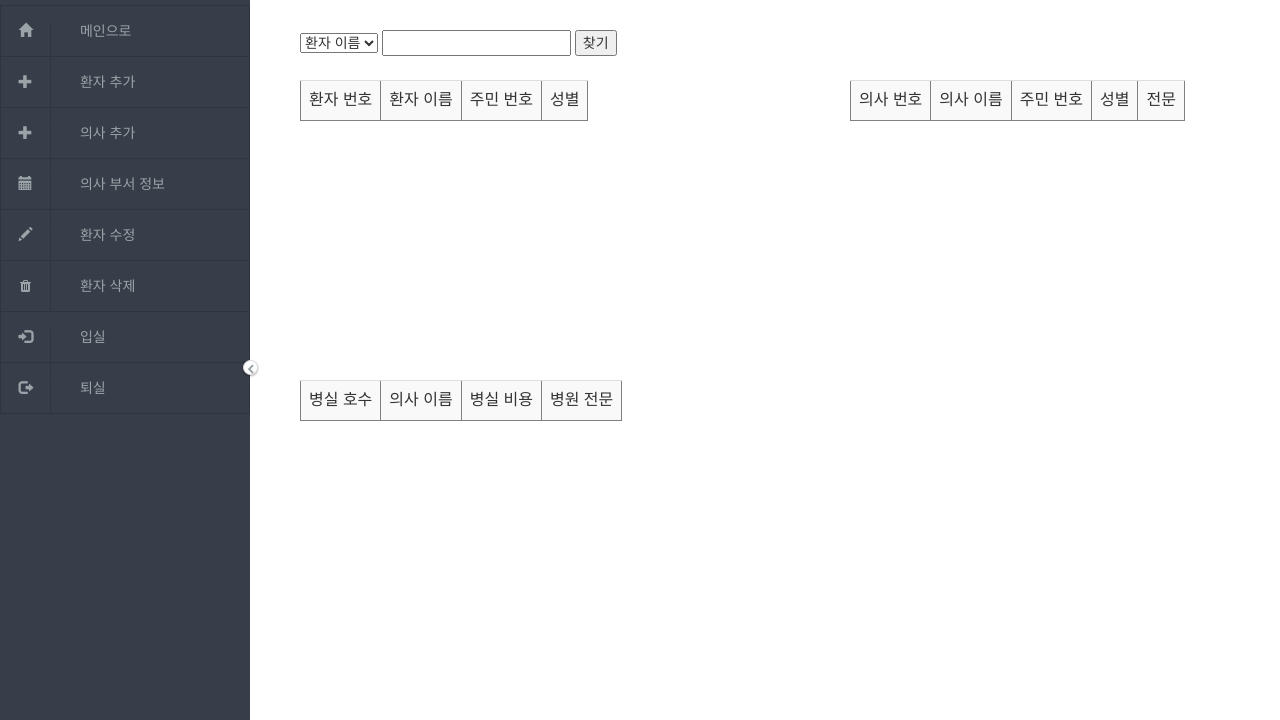
Repository: qaws1134/Hospital_manager
Page: http://localhost/project/main.jsp
The author's editor kept a copy of each file at every save. The page is drawn from the files as they stood at one save, then again after the next save.
The browser window is 1280 px wide. The pictures show the whole page.
Some web libraries are served in a nearby version. The page is served by Tomcat 9. The template is opened directly, without the code that normally fills it, so the values that code supplies are empty.

Above is the page before, as saved 2017-12-09 16:30:30.
Console error (its wording comes from the project's code and is left out).

After the next save:
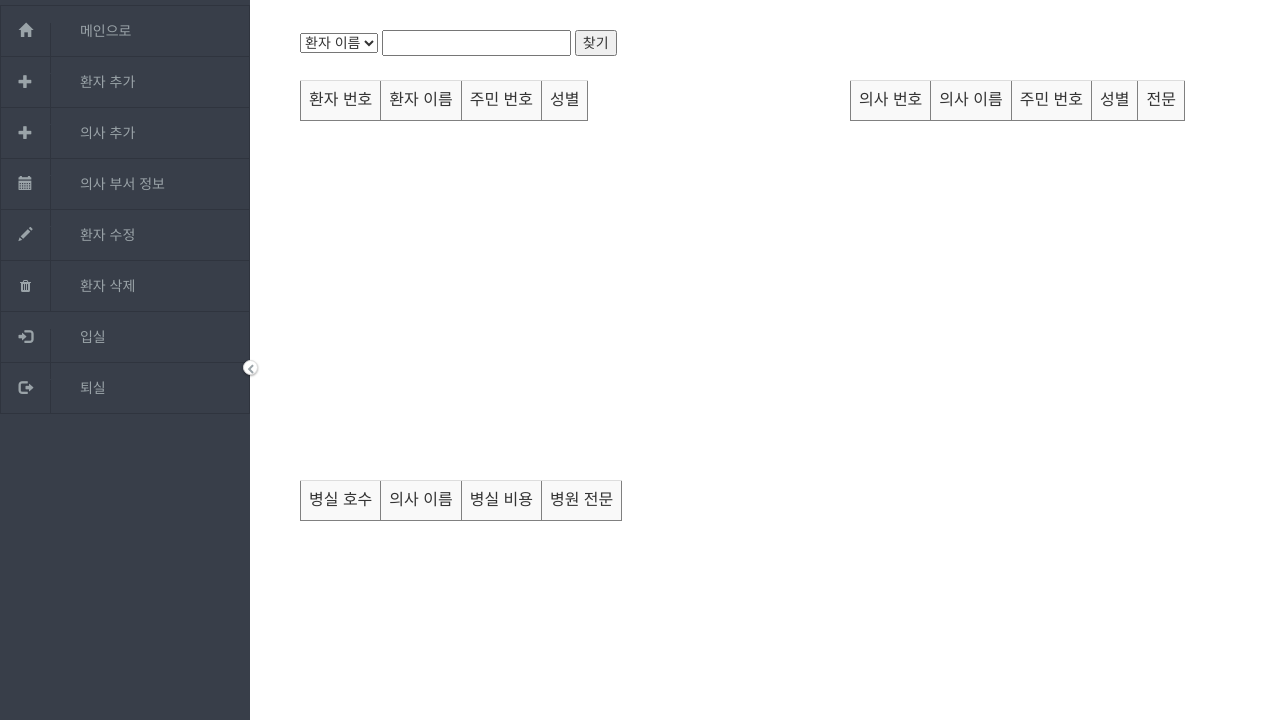
Saved 10 s later.
--- a/project/WebContent/main.jsp
+++ b/project/WebContent/main.jsp
@@ -263,7 +263,7 @@
 </section>
 
 <!-- 병실 정보 -->
-<section style="position:absolute; top:380px;left:300px">
+<section style="position:absolute; top:480px;left:300px">
       <table border="1" class="table table-striped">
       	<tr>
       		<td>병실 호수</td>

After the save that followed:
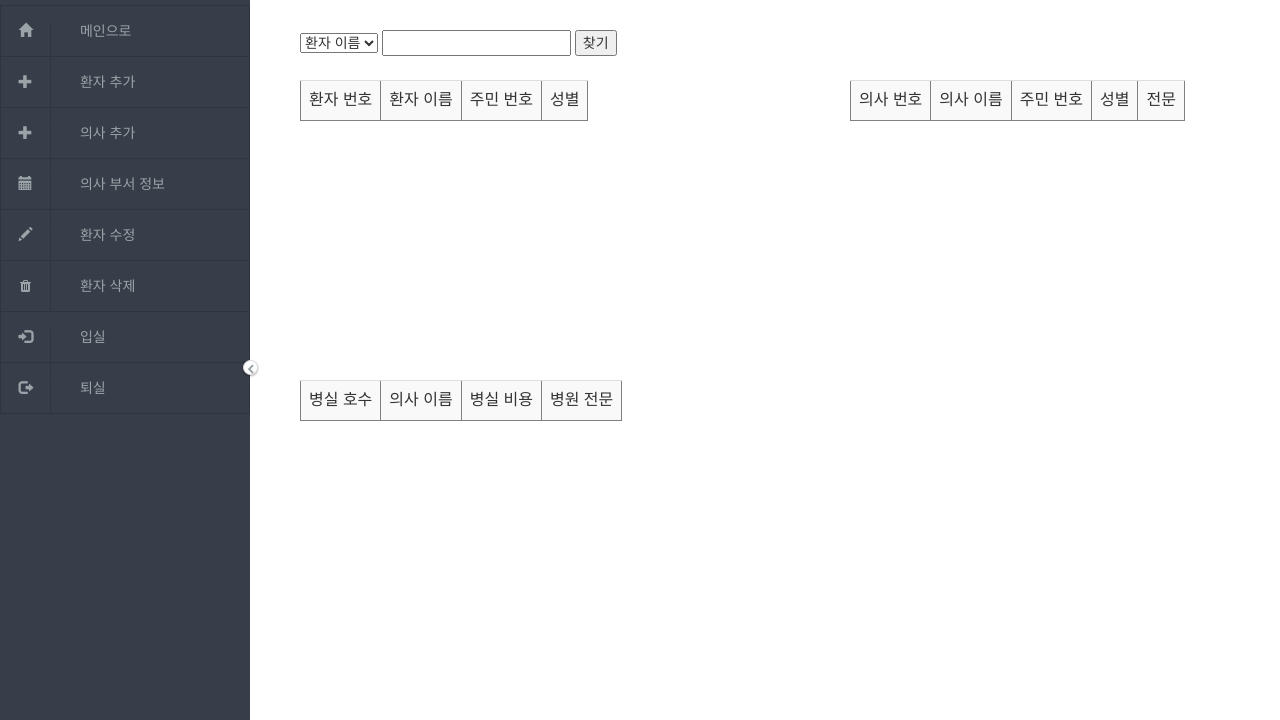
Saved 14 s later.
--- a/project/WebContent/main.jsp
+++ b/project/WebContent/main.jsp
@@ -263,7 +263,7 @@
 </section>
 
 <!-- 병실 정보 -->
-<section style="position:absolute; top:480px;left:300px">
+<section style="position:absolute; top:380px;left:300px">
       <table border="1" class="table table-striped">
       	<tr>
       		<td>병실 호수</td>
